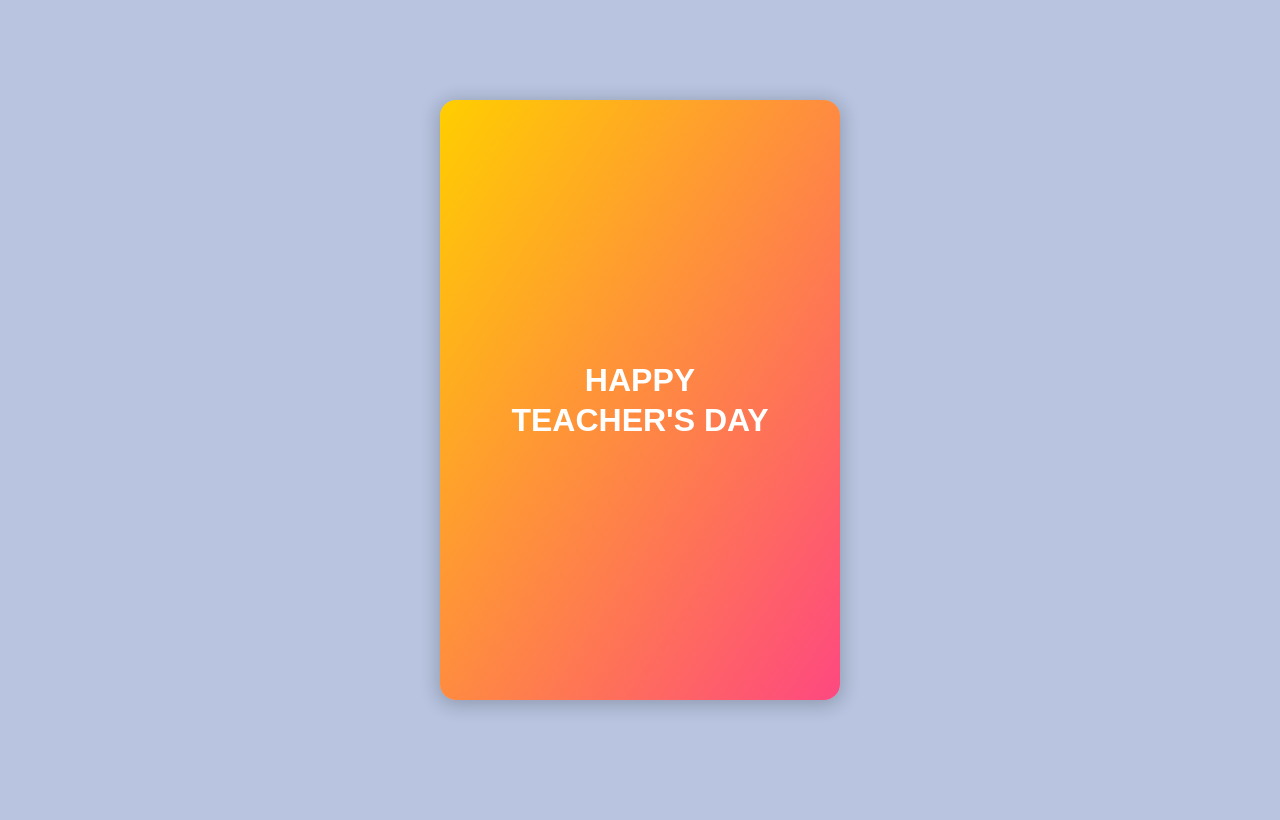
Repository: maixuanhieu/giftcard
Page: index.html
An editor plug-in stored every save of this project. The page is shown before and after a run of saves, followed by the edit.
The browser window is 1280 px wide. The pictures show the whole page.
The style sheet was rebuilt from its Sass, Less or Tailwind sources for each picture, by a compiler version that may differ from the author's.

Above is the page before, as saved 2021-11-17 20:03:57.

### index.html
<!DOCTYPE html>
<html lang="en">

<head>
    <meta charset="UTF-8">
    <meta http-equiv="X-UA-Compatible" content="IE=edge">
    <meta name="viewport" content="width=device-width, initial-scale=1.0">
    <title>CSS Flip Card</title>
    <link rel="stylesheet" href="style.css">
</head>

<body>
   <div class="card">
       <div class="card__inner">
           <div class="card__face card__face--front">
            <h2 style="text-align: center; line-height: 40px;">HAPPY <br> TEACHER'S DAY</h2>
           </div>
           <div class="card__face card__face--back">
            <div class="card__content">
                <div class="card__header">
                    <img src="xi2.jpg" alt="" srcset="" class="fox">
                    <h2></h2>
                </div>

                <div class="card__body">
                    <h3>PHAM NHA UYEN</h3>
                    <p>You will always be the cutest and most beautiful teacher in my eyes. I hope you will always keep a bright smile on your lips and have good health to continue your noble career. </p>
                </div>
            </div>
           </div>
       </div>
   </div>



</body>



<script src="main.js"></script>
</html>

### main.js
const card = document.querySelector('.card__inner');

card.addEventListener('click', function(){
    card.classList.toggle('is-flipped');
});

### style.scss
:root {
    --primary: #FFCE00;
    --secondary: #FE4880;
    --dark: #212121;
    --light: #F3F3F3;
}

*{
    margin: 0;
    padding: 0;
}

body{
    font-family: montserrat, sans-serif;
    width: 100%;
    min-height: 100vh;
    background-color: #B8C4E0;
}

.card{
    margin: 100px auto 0;
    width: 400px;
    height: 600px;
    perspective: 1000px;

    &__inner{
        width: 100%;
        height: 100%;
        transition: transform 1s;
        transform-style: preserve-3d;
        cursor: pointer;
        position: relative;
    }

    &__inner.is-flipped{
        transform: rotateY(180deg);
    }

    &__face{
        position: absolute;
        width: 100%;
        height: 100%;
        backface-visibility: hidden;
        overflow: hidden;
        border-radius: 16px;
        box-shadow: 0px 3px 18px 3px rgba(0,0,0,0.2);
    }

    &__face--front{
        background-image: linear-gradient(to bottom right, var(--primary), var(--secondary));
        display: flex;
        align-items: center;
        justify-content: center;
    }

    &__face--front h2{
        color: #FFF;
        font-size: 32px;
    }

    &__face--back{
        background-color: var(--light);
        transform: rotateY(180deg);
    }

    &__content{
        width: 100%;
        height: 100%;
    }

    &__header{
        position: relative;
        padding: 30px 30px 40px;
    }

    &__header::after{
        content: '';
        display: block;
        position: absolute;
        top: 0;
        left: 0;
        right: 0;
        bottom: 0;
        z-index: -1;
        border-radius: 0 0 50% 0;
        background-image: linear-gradient(to bottom left, var(--primary) 10%, var(--secondary) 115%);
    }

    &__header h2{
        color: #FFF;
        font-size: 32px;
        font-weight: 900;
        text-transform: uppercase;
        text-align: center;
    }

    &__body{
        padding: 30px;
    }

    &__body h3{
        color: var(--dark);
        font-size: 24px;
        font-weight: 600;
        margin-bottom: 15px;
    }

    &__body p {
        color: var(--dark);
        font-size: 18px;
        line-height: 1.5;
    }
}

.fox{
    display: block;
    width: 187px;
    height: 187px;
    margin: 0 auto 30px;
    border-radius: 50%;
    background-color: #FFF;
    border: 5px solid #FFF;
    object-fit: cover;
}

After the next 5 saves:
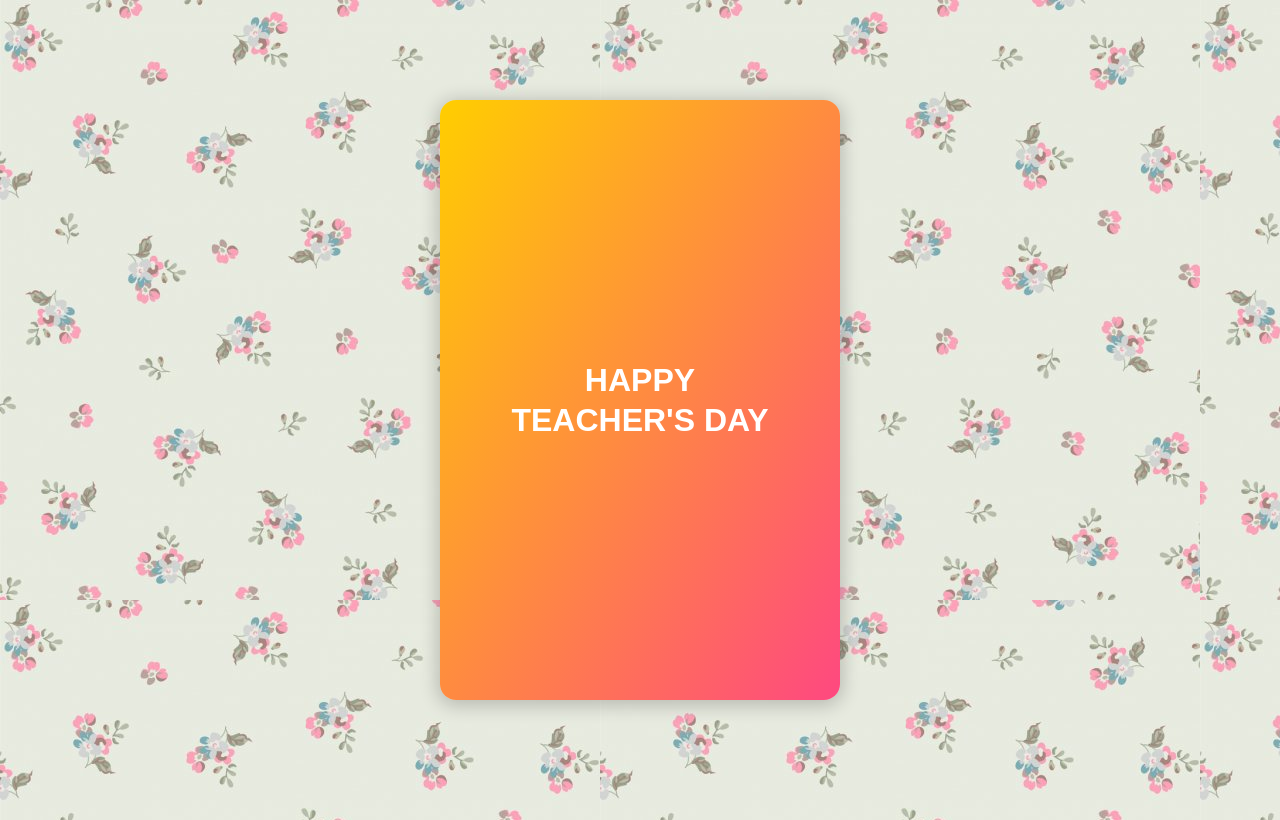
The 5 saves are shown as one change because they came seconds apart.
The last was saved 4 min 54 s later.
--- a/style.scss
+++ b/style.scss
@@ -14,7 +14,7 @@ body{
     font-family: montserrat, sans-serif;
     width: 100%;
     min-height: 100vh;
-    background-color: #B8C4E0;
+    background-image: url(/background.jpg);
 }
 
 .card{
